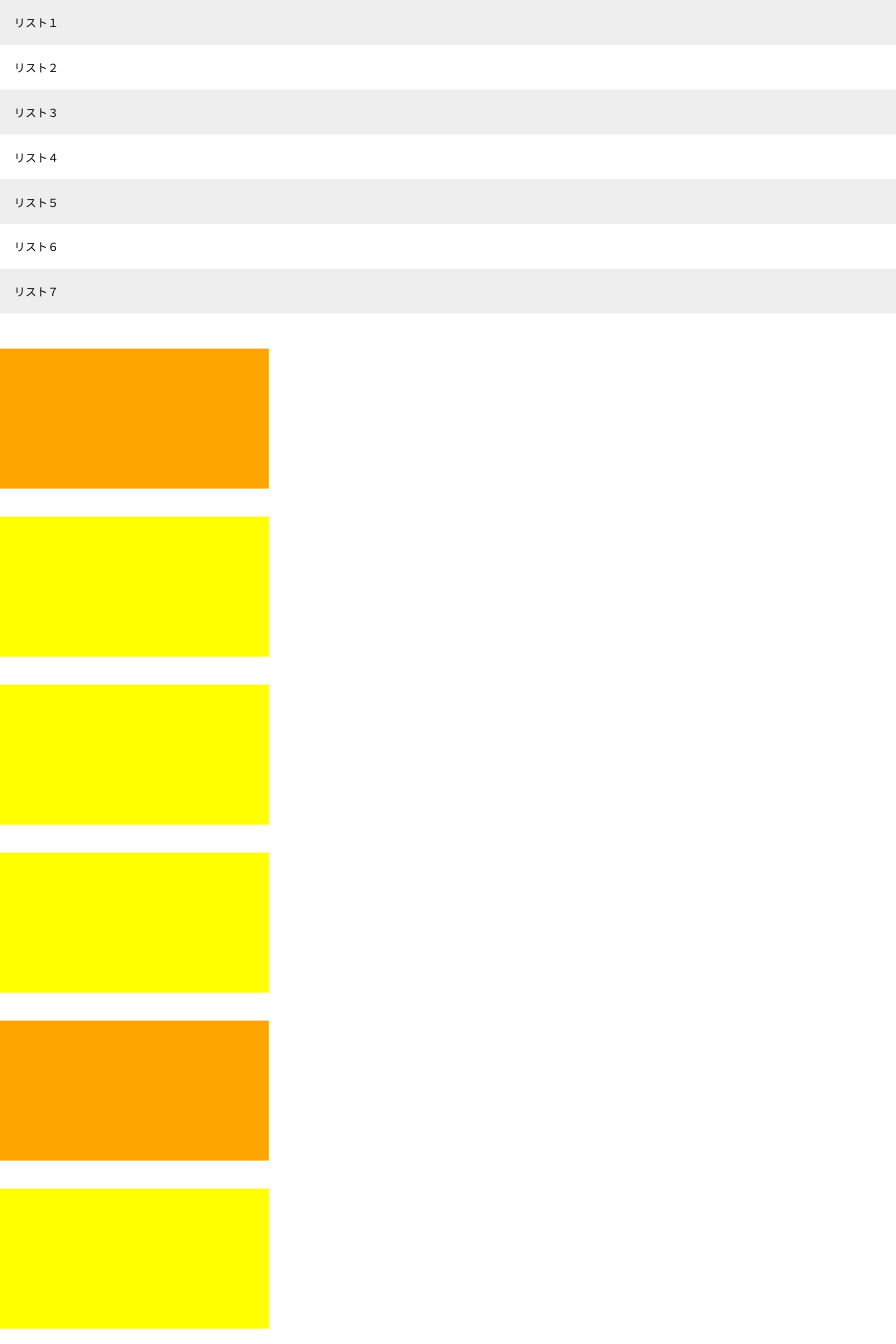
Repository: nosuyuki1002/git-practice2
Page: chapter8/8.html
The author's editor kept a record of every edit. The page is drawn from the files as they stood at one moment, then again after the next edit.
The browser window is 1280 px wide. The pictures show the part of the page from y = 0 to 1920 px (the page is 2658 px tall), at 70% of full size.

Above is the page before.

After the next edit:
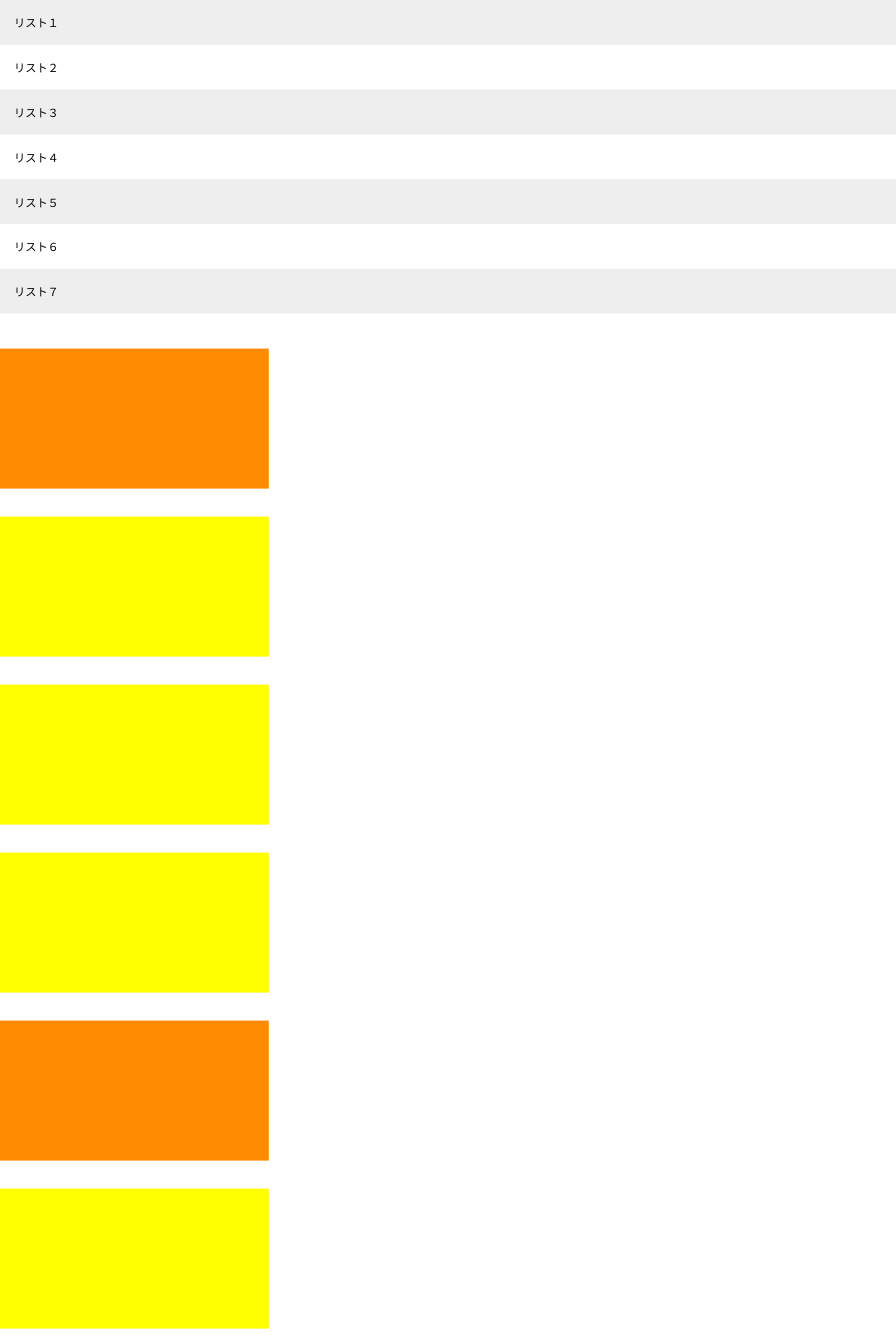
The edit:
--- a/chapter8/style.css
+++ b/chapter8/style.css
@@ -33,5 +33,5 @@
 .box:nth-child(1),
 .box:nth-child(5),
 .box:last-child {
-  background-color: orange;
+  background-color: #ff8c00;
 }
